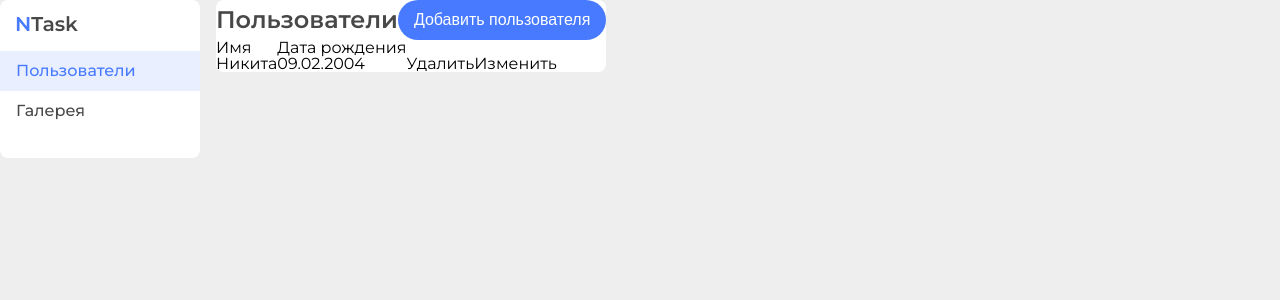
Repository: Grid-Master/NTask
Page: /
An editor plug-in stored every save of this project. The page is shown before and after the next save, followed by the edit.
The browser window is 1280 px wide. The pictures show the whole page.
The project was rebuilt for these pictures with package versions that can differ from the ones it lists, and the page was loaded fresh each time.

Above is the page before, as saved 2023-06-04 19:20:54.

### public/index.html
<!DOCTYPE html>
<html lang="en">
  <head>
    <meta charset="utf-8" />
    <link rel="icon" href="%PUBLIC_URL%/favicon.ico" />
    <meta name="viewport" content="width=device-width, initial-scale=1" />
    <meta name="theme-color" content="#000000" />
    <meta name="description" content="Web site created using create-react-app" />
    <link rel="apple-touch-icon" href="%PUBLIC_URL%/logo192.png" />
    <link rel="preconnect" href="https://fonts.googleapis.com" />
    <link rel="preconnect" href="https://fonts.gstatic.com" crossorigin />
    <link
      href="https://fonts.googleapis.com/css2?family=Montserrat:wght@300;400;500;600;700&display=swap"
      rel="stylesheet" />
    <link rel="manifest" href="%PUBLIC_URL%/manifest.json" />
    <title>React App</title>
  </head>
  <body>
    <noscript>You need to enable JavaScript to run this app.</noscript>
    <div id="root"></div>
  </body>
</html>

### src/index.css
html, body, div, span, applet, object, iframe,
h1, h2, h3, h4, h5, h6, p, blockquote, pre,
a, abbr, acronym, address, big, cite, code,
del, dfn, em, img, ins, kbd, q, s, samp,
small, strike, strong, sub, sup, tt, var,
b, u, i, center,
dl, dt, dd, ol, ul, li,
fieldset, form, label, legend,
table, caption, tbody, tfoot, thead, tr, th, td,
article, aside, canvas, details, embed,
figure, figcaption, footer, header, hgroup,
menu, nav, output, ruby, section, summary,
time, mark, audio, video {
	margin: 0;
	padding: 0;
	border: 0;
	font-size: 100%;
	font: inherit;
	vertical-align: baseline;
}
/* HTML5 display-role reset for older browsers */
article, aside, details, figcaption, figure,
footer, header, hgroup, menu, nav, section {
	display: block;
}
body {
	line-height: 1;
}
ol, ul {
	list-style: none;
}
blockquote, q {
	quotes: none;
}
blockquote:before, blockquote:after,
q:before, q:after {
	content: '';
	content: none;
}
table {
	border-collapse: collapse;
	border-spacing: 0;
}
body {
  margin: 0;
  font-family: Montserrat;
  background: #EEEEEE;
}

code {
  font-family: source-code-pro, Menlo, Monaco, Consolas, 'Courier New',
    monospace;
}

### src/App.tsx
import './App.css';
import Navbar from './components/navabar/Navbar';
import UserList from './components/userList/UserList';

function App() {
  return (
    <div className="App">
      <Navbar />
      <UserList />
    </div>
  );
}

export default App;

### src/App.css
.App {
  display: flex;
  align-items:start;
  gap: 16px;
}

### src/components/navabar/Navbar.tsx
import { FC } from 'react';
import './navbar.sass';
const logo = require('../../images/logo.png');

const Navbar: FC = () => {
  return (
    <div className="navbar">
      <div className="navbar__imagecontainer">
        <img src={logo} alt="logo" />
      </div>
      <div className="navbar__item navbar__active">Пользователи</div>
      <div className="navbar__item">Галерея</div>
    </div>
  );
};

export default Navbar;

### src/components/userList/UserList.tsx
import React, { FC } from 'react';
import './userList.sass';

const UserList: FC = () => {
  return (
    <div className="userList">
      <div>
        <h1 className="userList__title">Пользователи</h1>
        <button className="userList__addUserBtn">Добавить пользователя</button>
      </div>
      <table className="userList__table">
        <tr>
          <td>Имя</td>
          <td>Дата рождения</td>
          <td></td>
          <td></td>
        </tr>
        <tr>
          <td>Никита</td>
          <td>09.02.2004</td>
          <td>Удалить</td>
          <td>Изменить</td>
        </tr>
      </table>
    </div>
  );
};

export default UserList;

### src/components/navabar/navbar.sass
.navbar
    width: 200px
    height: 158px
    background: #FFFFFF
    border-radius: 8px
    &__imagecontainer
        padding: 16px 0
        margin-left: 16px
    &__item
        padding: 8px 16px
        cursor: pointer
        font-weight: 500
        font-size: 16px
        line-height: 150%
        color: #484848
    &__active
        background: #E9EFFF
        color: #477AFF

### src/components/userList/userList.sass
.userList
    background: #FFFFFF
    border-radius: 8px
    >div
        width: 100%
        display: flex
        align-items: center
        justify-content: space-between
    &__title
        font-weight: 600
        font-size: 24px
        line-height: 150%
        color: #484848
    &__addUserBtn
        font-weight: 500
        font-size: 16px
        line-height: 100%
        color: #FFFFFF
        background: #477AFF
        border-radius: 20px
        padding: 12px 16px
        border: none
        outline: none

Loaded but not shown: src/index.tsx (common file)

After the next save:
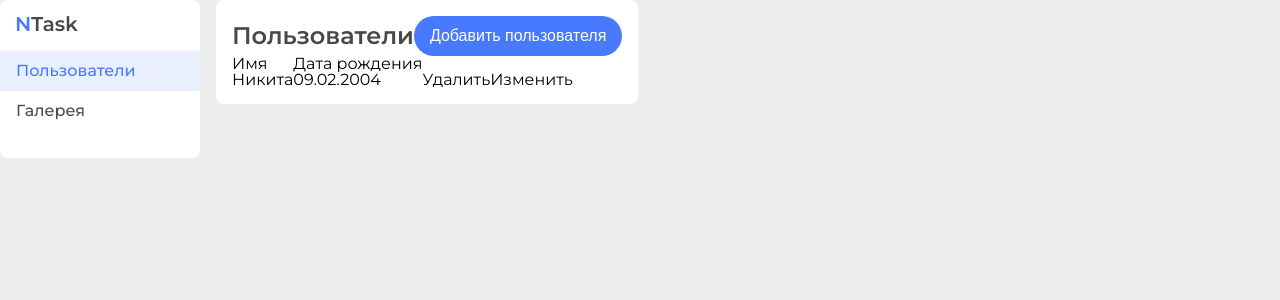
Saved 19 s later.
--- a/src/components/userList/userList.sass
+++ b/src/components/userList/userList.sass
@@ -1,6 +1,7 @@
 .userList
     background: #FFFFFF
     border-radius: 8px
+    padding: 16px
     >div
         width: 100%
         display: flex
